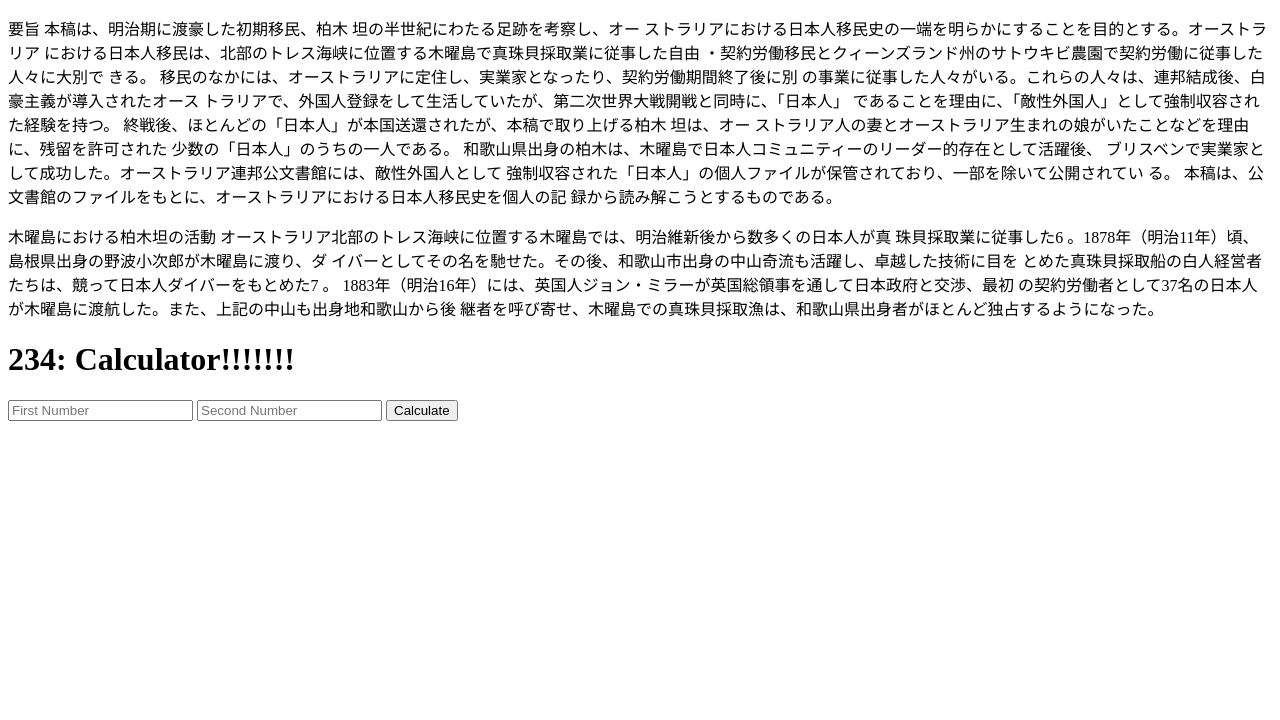
Repository: yoriss67/Folder-The-Complete-2023Web-Development-Bootcamp
Page: Calculator/index.html
The author's editor kept a copy of each file at every save. The page is drawn from the files as they stood at one save, then again after the next save.
The browser window is 1280 px wide. The pictures show the whole page.

Above is the page before, as saved 2022-12-22 15:52:16.

### Calculator/index.html
<!DOCTYPE html>
<html lang="en">
<head>
    <meta charset="UTF-8">
    <meta http-equiv="X-UA-Compatible" content="IE=edge">
    <meta name="viewport" content="width=device-width, initial-scale=1.0">
    <title>Calculator</title>
</head>
<body>

    <p>要旨 本稿は、明治期に渡豪した初期移民、柏木 坦の半世紀にわたる足跡を考察し、オー
        ストラリアにおける日本人移民史の一端を明らかにすることを目的とする。オーストラリア
        における日本人移民は、北部のトレス海峡に位置する木曜島で真珠貝採取業に従事した自由
        ・契約労働移民とクィーンズランド州のサトウキビ農園で契約労働に従事した人々に大別で
        きる。
         移民のなかには、オーストラリアに定住し、実業家となったり、契約労働期間終了後に別
        の事業に従事した人々がいる。これらの人々は、連邦結成後、白豪主義が導入されたオース
        トラリアで、外国人登録をして生活していたが、第二次世界大戦開戦と同時に、「日本人」
        であることを理由に、「敵性外国人」として強制収容された経験を持つ。
         終戦後、ほとんどの「日本人」が本国送還されたが、本稿で取り上げる柏木 坦は、オー
        ストラリア人の妻とオーストラリア生まれの娘がいたことなどを理由に、残留を許可された
        少数の「日本人」のうちの一人である。
         和歌山県出身の柏木は、木曜島で日本人コミュニティーのリーダー的存在として活躍後、
        ブリスベンで実業家として成功した。オーストラリア連邦公文書館には、敵性外国人として
        強制収容された「日本人」の個人ファイルが保管されており、一部を除いて公開されてい
        る。
         本稿は、公文書館のファイルをもとに、オーストラリアにおける日本人移民史を個人の記
        録から読み解こうとするものである。 </p>

    <p>木曜島における柏木坦の活動
        オーストラリア北部のトレス海峡に位置する木曜島では、明治維新後から数多くの日本人が真
       珠貝採取業に従事した6
       。1878年（明治11年）頃、島根県出身の野波小次郎が木曜島に渡り、ダ
       イバーとしてその名を馳せた。その後、和歌山市出身の中山奇流も活躍し、卓越した技術に目を
       とめた真珠貝採取船の白人経営者たちは、競って日本人ダイバーをもとめた7
       。
        1883年（明治16年）には、英国人ジョン・ミラーが英国総領事を通して日本政府と交渉、最初
       の契約労働者として37名の日本人が木曜島に渡航した。また、上記の中山も出身地和歌山から後
       継者を呼び寄せ、木曜島での真珠貝採取漁は、和歌山県出身者がほとんど独占するようになった。</p>

    <!-- defaultでその頁のトップに行く＝これ書かなくても一緒 -->
    <form action="index.html">
        <h1>234: Calculator!!!!!!!</h1>
        <!-- 👩‍🎓name は variable的な -->
        <input type="text" name="num1" placeholder="First Number">
        <input type="text" name="num2" placeholder="Second Number">
        <button type="submit" name="submit">Calculate</button>
    </form>
</body>
</html>

After the next save:
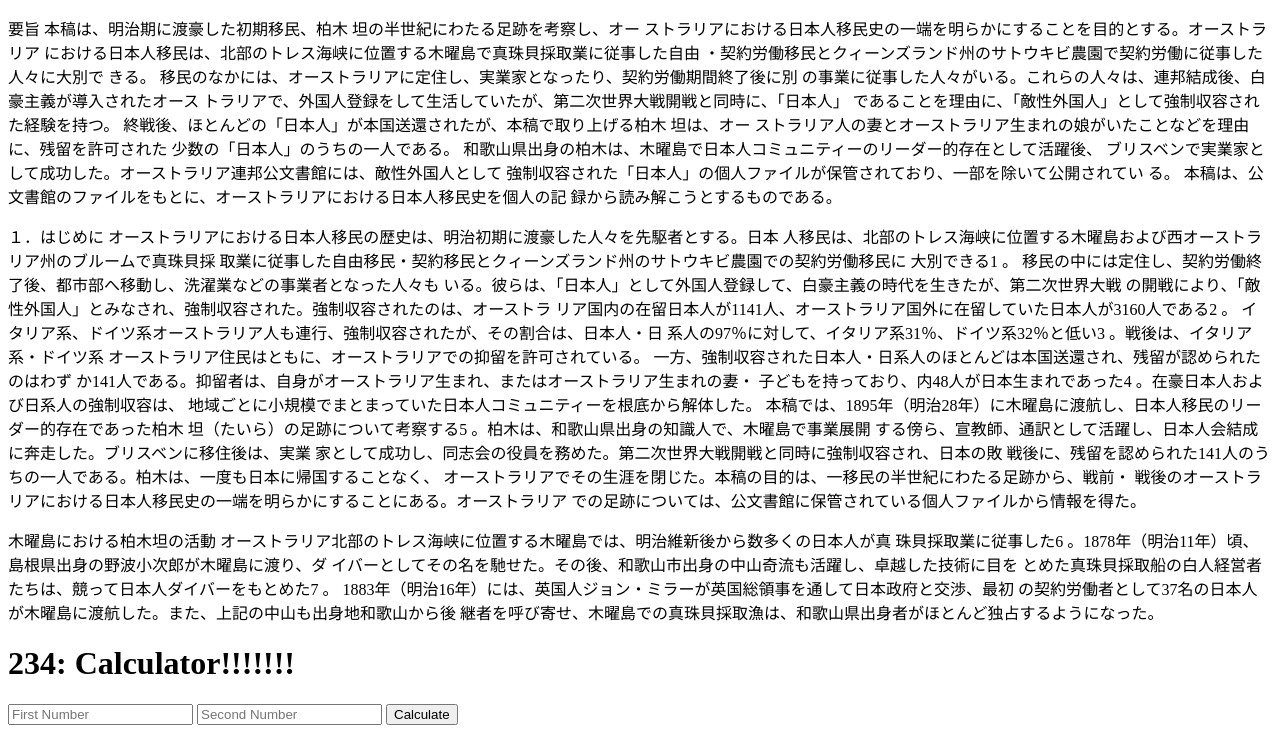
Saved 74 s later.
--- a/Calculator/index.html
+++ b/Calculator/index.html
@@ -27,6 +27,37 @@
          本稿は、公文書館のファイルをもとに、オーストラリアにおける日本人移民史を個人の記
         録から読み解こうとするものである。 </p>
 
+
+        <p>１．はじめに
+            オーストラリアにおける日本人移民の歴史は、明治初期に渡豪した人々を先駆者とする。日本
+           人移民は、北部のトレス海峡に位置する木曜島および西オーストラリア州のブルームで真珠貝採
+           取業に従事した自由移民・契約移民とクィーンズランド州のサトウキビ農園での契約労働移民に
+           大別できる1
+           。
+            移民の中には定住し、契約労働終了後、都市部へ移動し、洗濯業などの事業者となった人々も
+           いる。彼らは、「日本人」として外国人登録して、白豪主義の時代を生きたが、第二次世界大戦
+           の開戦により、「敵性外国人」とみなされ、強制収容された。強制収容されたのは、オーストラ
+           リア国内の在留日本人が1141人、オーストラリア国外に在留していた日本人が3160人である2
+           。
+            イタリア系、ドイツ系オーストラリア人も連行、強制収容されたが、その割合は、日本人・日
+           系人の97％に対して、イタリア系31％、ドイツ系32％と低い3
+           。戦後は、イタリア系・ドイツ系
+           オーストラリア住民はともに、オーストラリアでの抑留を許可されている。
+            一方、強制収容された日本人・日系人のほとんどは本国送還され、残留が認められたのはわず
+           か141人である。抑留者は、自身がオーストラリア生まれ、またはオーストラリア生まれの妻・
+           子どもを持っており、内48人が日本生まれであった4
+           。在豪日本人および日系人の強制収容は、
+           地域ごとに小規模でまとまっていた日本人コミュニティーを根底から解体した。
+            本稿では、1895年（明治28年）に木曜島に渡航し、日本人移民のリーダー的存在であった柏木
+           坦（たいら）の足跡について考察する5
+           。柏木は、和歌山県出身の知識人で、木曜島で事業展開
+           する傍ら、宣教師、通訳として活躍し、日本人会結成に奔走した。ブリスベンに移住後は、実業
+           家として成功し、同志会の役員を務めた。第二次世界大戦開戦と同時に強制収容され、日本の敗
+           戦後に、残留を認められた141人のうちの一人である。柏木は、一度も日本に帰国することなく、
+           オーストラリアでその生涯を閉じた。本稿の目的は、一移民の半世紀にわたる足跡から、戦前・
+           戦後のオーストラリアにおける日本人移民史の一端を明らかにすることにある。オーストラリア
+           での足跡については、公文書館に保管されている個人ファイルから情報を得た。 </p>
+
     <p>木曜島における柏木坦の活動
         オーストラリア北部のトレス海峡に位置する木曜島では、明治維新後から数多くの日本人が真
        珠貝採取業に従事した6
